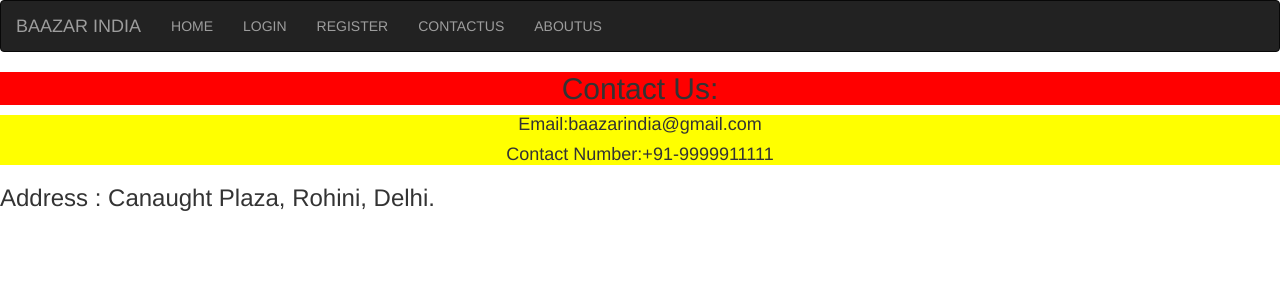
Repository: Apoorva126/Project
Page: http://localhost/FrontEndBaazarIndia/WEB-INF/views/ContactUs.jsp
An editor plug-in stored every save of this project. The page is shown before and after the next save, followed by the edit.
The browser window is 1280 px wide. The pictures show the whole page.
Some web libraries are served in a nearby version. The page is served by Tomcat 9. Nobody is signed in. The template is opened directly, without the code that normally fills it, so the values that code supplies are empty.

Above is the page before, as saved 2019-02-06 14:24:26.
Console error (its wording comes from the project's code and is left out).

After the next save:
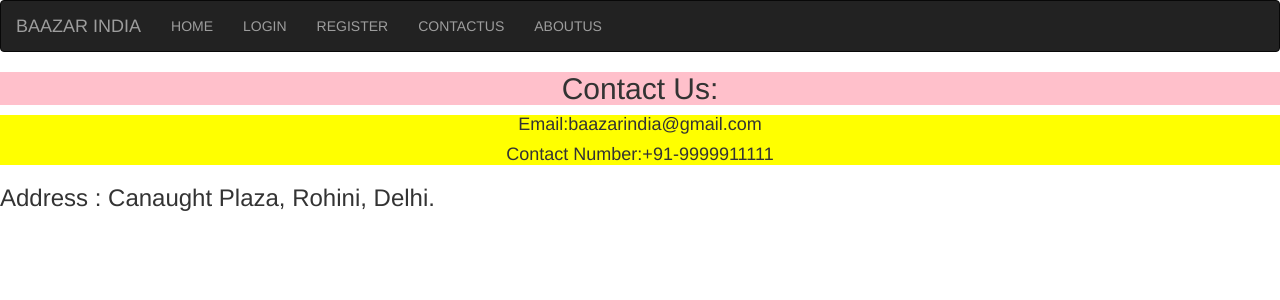
Saved 7 s later.
--- a/FrontEndBaazarIndia/src/main/webapp/WEB-INF/views/ContactUs.jsp
+++ b/FrontEndBaazarIndia/src/main/webapp/WEB-INF/views/ContactUs.jsp
@@ -4,7 +4,7 @@
 <head>
 
 <center>
-<h2 style="background-color: red;">
+<h2 style="background-color: pink;">
 Contact Us:
 </h2>
 </center>
